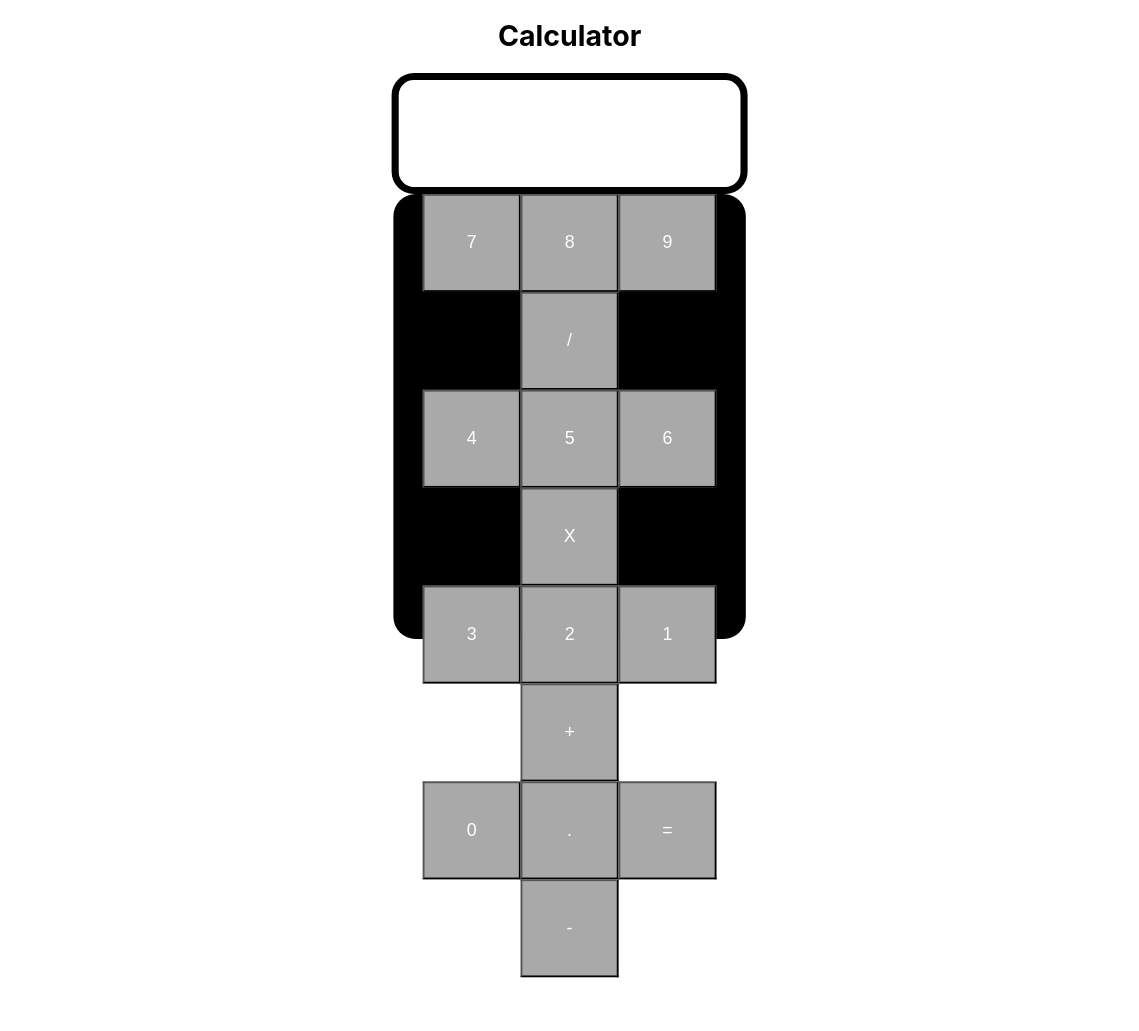
Repository: punitbathija/Placement-Assitance-iNeuron
Page: / (app in React/calculator/)
An editor plug-in stored every save of this project. The page is shown before and after the next save, followed by the edit.
The browser window is 1280 px wide. The pictures show the whole page, at 89% of full size.
The project was rebuilt for these pictures with package versions that can differ from the ones it lists, and the page was loaded fresh each time.

Above is the page before, as saved 2023-06-05 16:21:08.

After the next save:
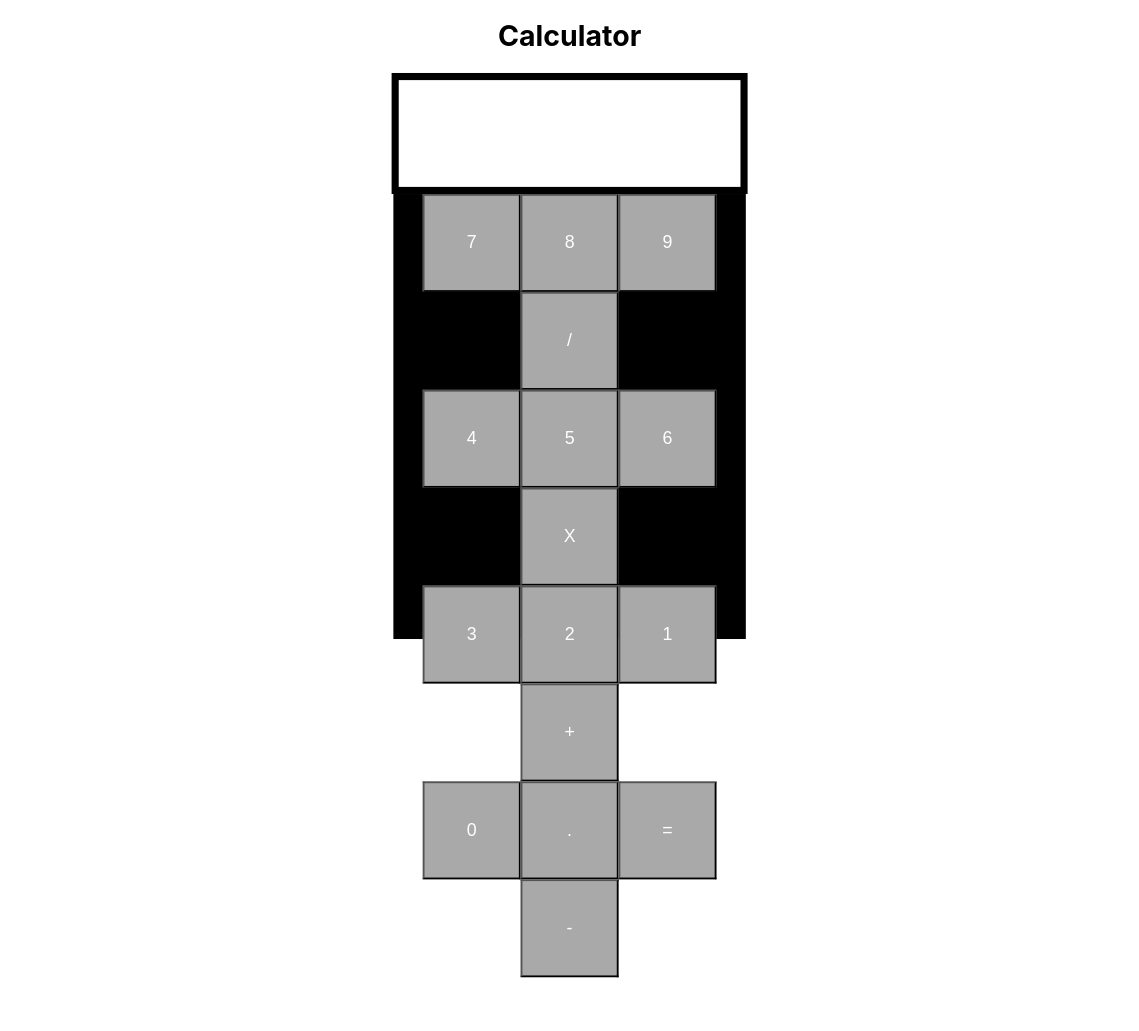
Saved 10 s later.
--- a/React/calculator/src/index.css
+++ b/React/calculator/src/index.css
@@ -19,13 +19,10 @@ code {
   border:  8px solid black;
   margin: auto;
   background-color: white;
-  border-radius: 25px;
 }
 
 
 .numpad{
-  border-radius: 25px;
-
   color: white;
   height: 500px;
   width: 31%;
